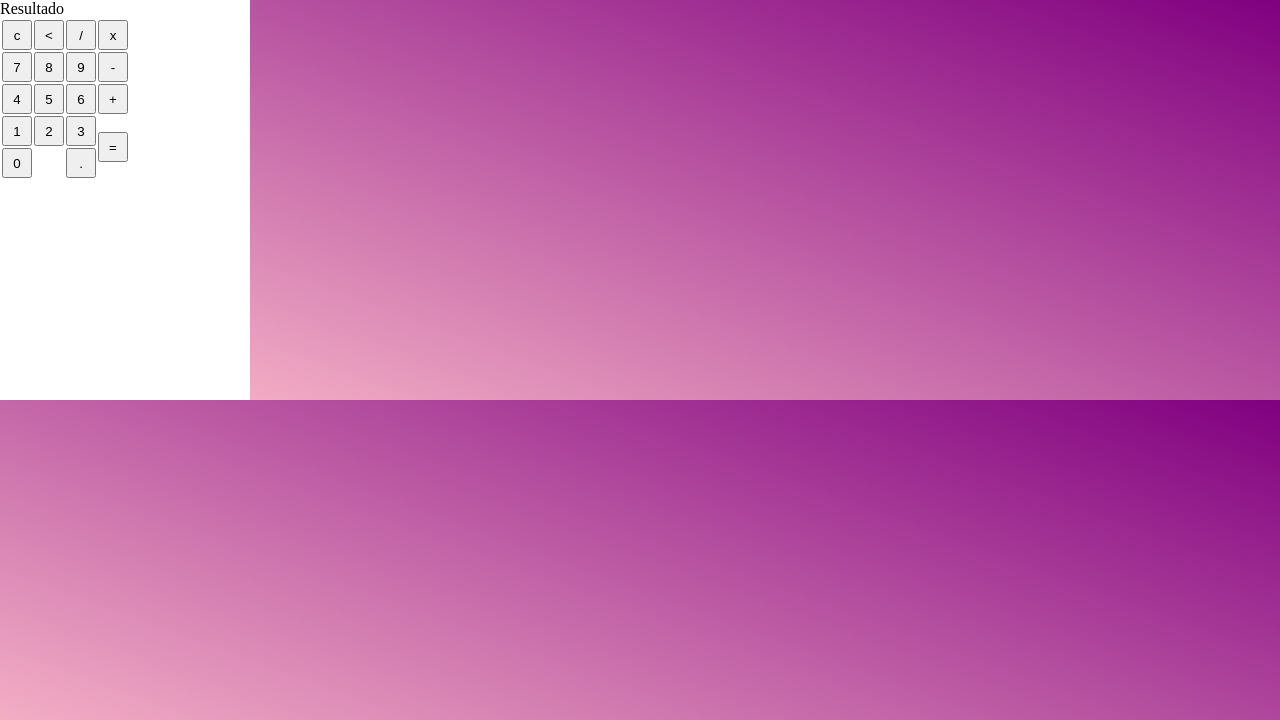
Repository: mariele-huff/calculadora
Page: index.html
The author's editor kept a copy of each file at every save. The page is drawn from the files as they stood at one save, then again after the next save.
The browser window is 1280 px wide. The pictures show the whole page.

Above is the page before, as saved 2022-08-12 08:27:08.

After the next save:
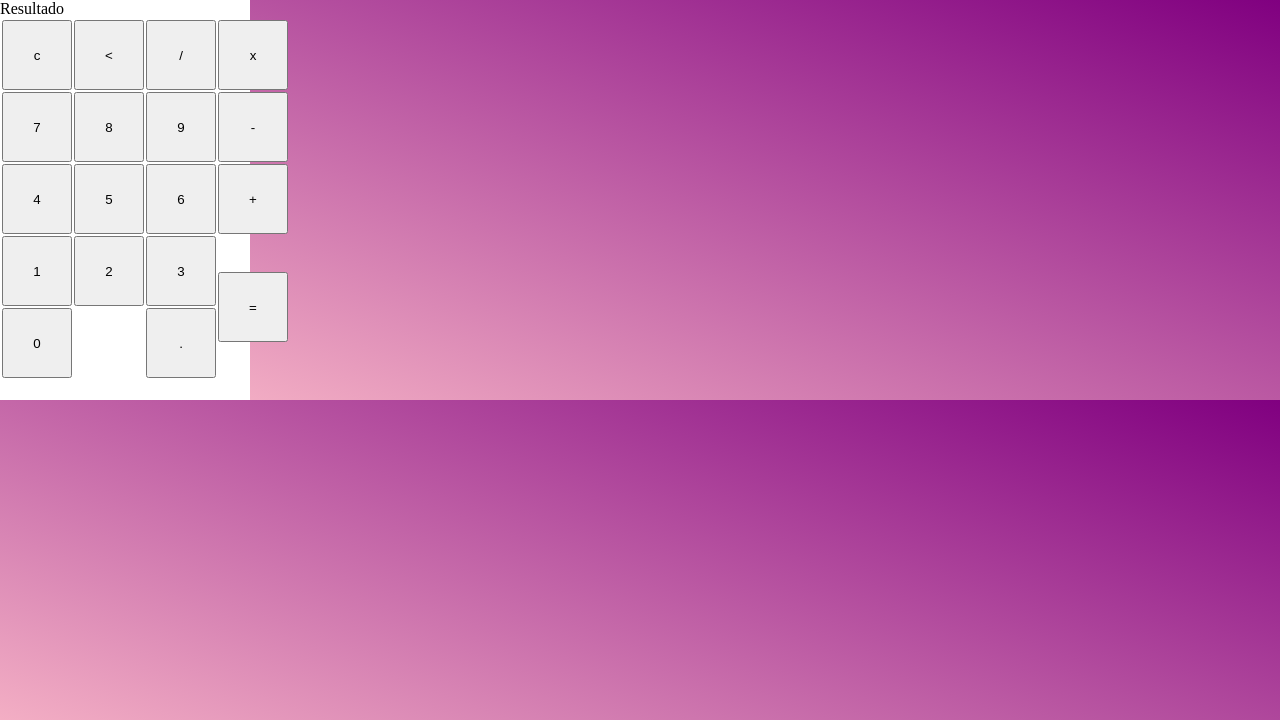
Saved 9 s later.
--- a/style.css
+++ b/style.css
@@ -17,6 +17,6 @@
 }
 
 button{
-    height: 30px;
-    width: 30px;
+    height: 70px;
+    width: 70px;
 }
